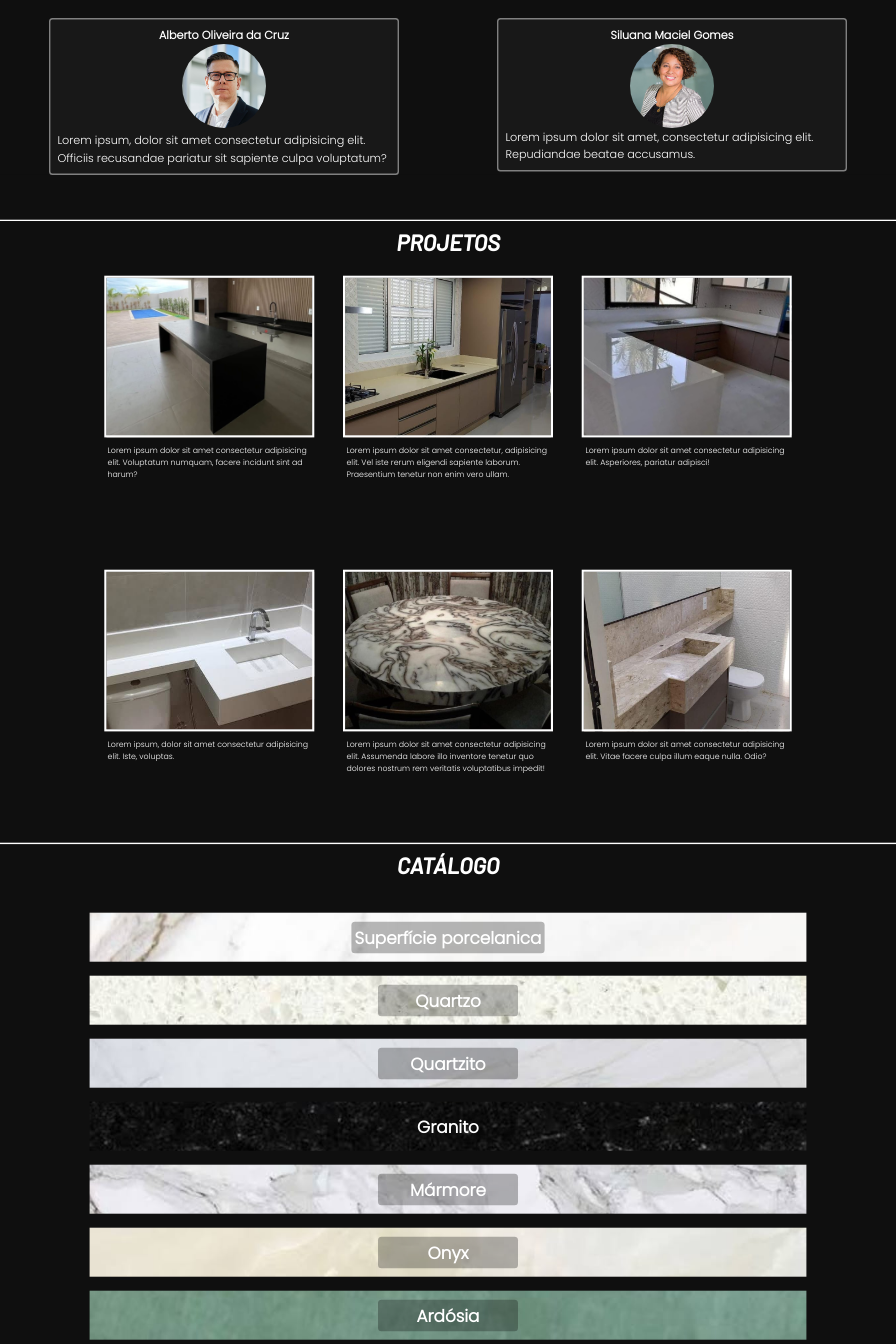
Repository: XFERRER7/projeto-xt7
Page: projetoMarmoraria/index.html
These files come from the project's save history. The page is drawn as it stood at one moment and after the next save; the edit follows.
The browser window is 1280 px wide. The pictures show the part of the page from y = 1157 to 3077 px (the page is 4193 px tall before and 4129 px after), at 70% of full size.
Some web libraries are served in a nearby version.

Above is the page before, as saved 2022-05-19 14:39:17.

After the next save:
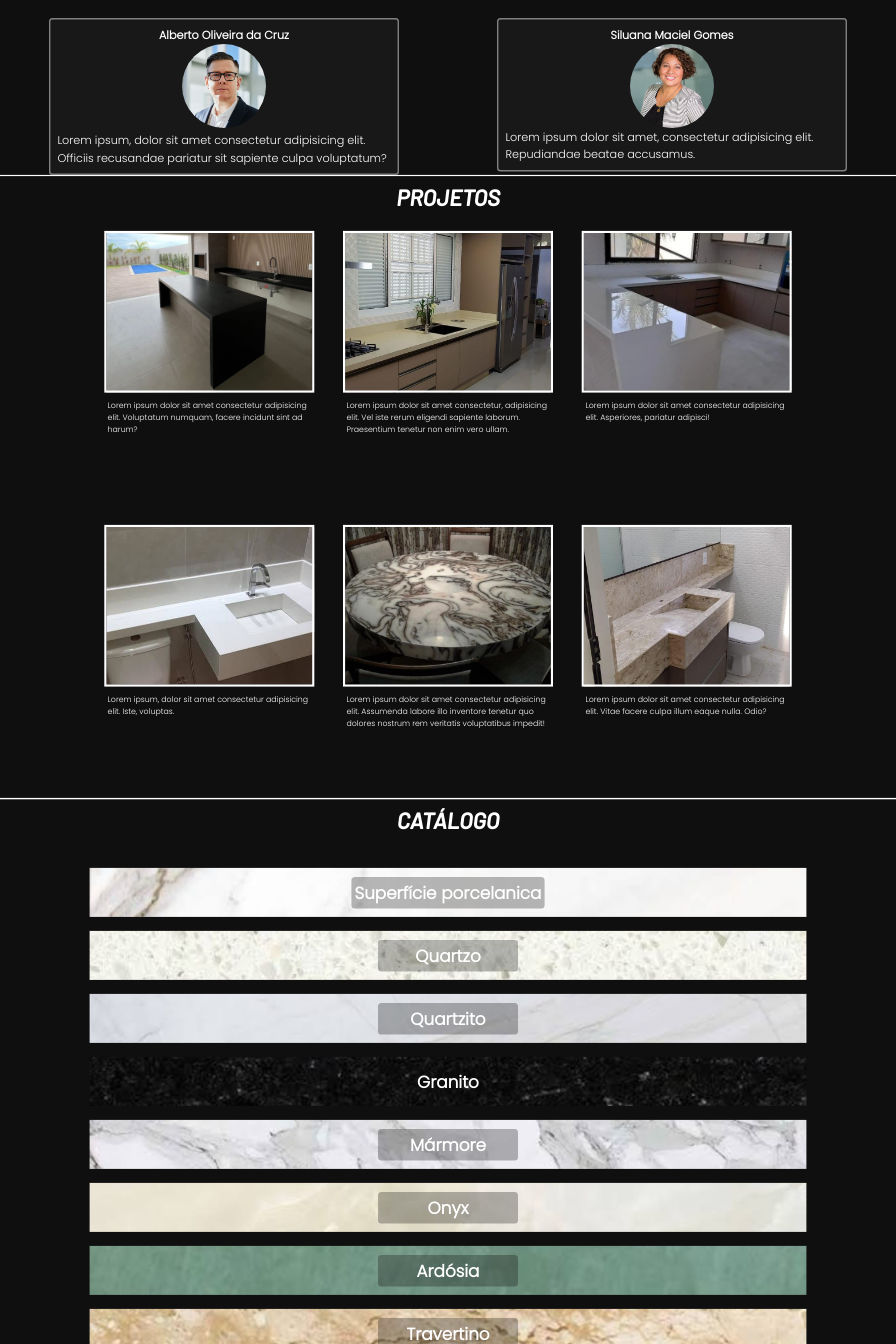
Saved 5 s later.
--- a/projetoMarmoraria/index.html
+++ b/projetoMarmoraria/index.html
@@ -63,7 +63,7 @@
     </div>
     <!-- SECTION B -->
 
-    <section id="section-a" class="section-b">
+    <section id="sobre class="section-b">
       <h1 class="title-section">SOBRE</h1>
 
 
